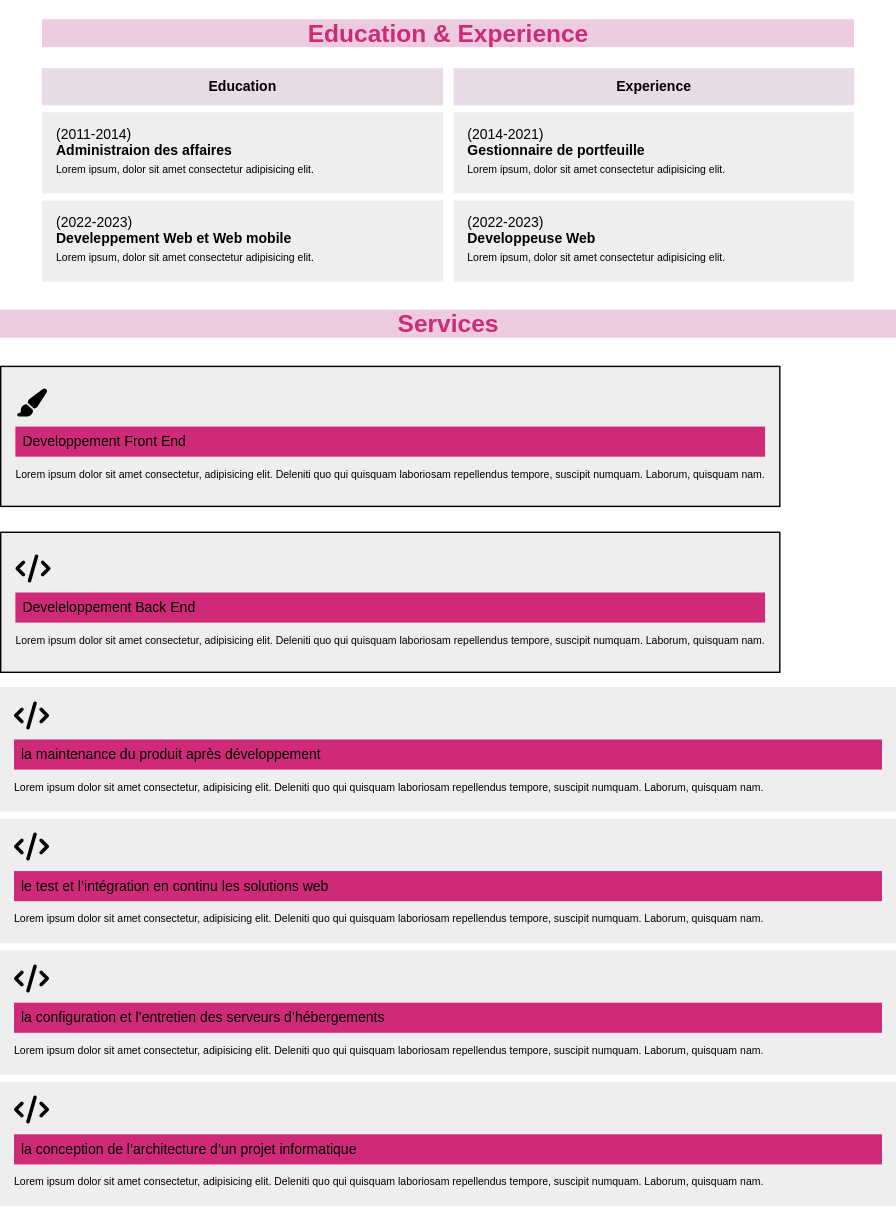
Repository: haifabilel/portfolio_project
Page: http://localhost/
An editor plug-in stored every save of this project. The page is shown before and after the next save, followed by the edit.
The browser window is 1280 px wide. The pictures show the part of the page from y = 1278 to 3198 px (the page is 3012 px tall before and 3198 px after), at 70% of full size.
Some web fonts or font styles are not loaded; a fallback is used. The page is run by PHP 8.4 with error messages shown; the project is at /var/www/html/.

Above is the page before, as saved 2023-09-16 22:42:39.

After the next save:
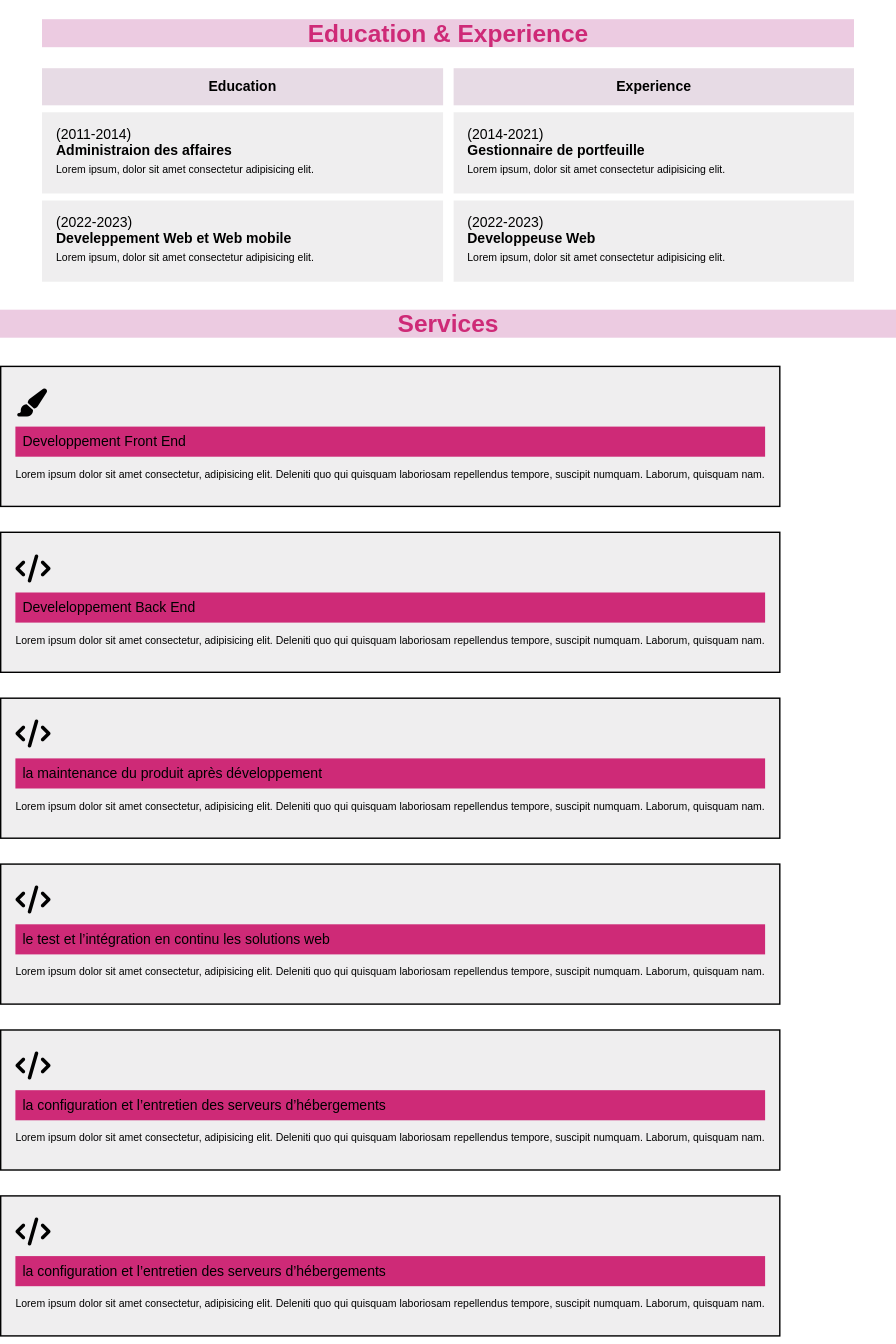
Saved 26 s later.
--- a/index.php
+++ b/index.php
@@ -110,8 +110,7 @@
 <!-- about Section Ends -->
 <!-- Services Section starts -->
 <div class="services" id="services">
-<h2 class="myservices">Services</h2>
-<div class="row">
+<h2 class="myservice">Services</h2>
 <div class="box-container">
     <div class="box">
         <i class="fas fa-paint-brush"></i>
@@ -127,8 +126,7 @@
         <p>Lorem ipsum dolor sit amet consectetur, adipisicing elit. Deleniti quo qui quisquam laboriosam repellendus tempore,
             suscipit numquam. Laborum, quisquam nam.</p>
     </div>
-    </div>
-<div class="row">
+
     <div class="box">
         <i class="fas fa-code"></i>
         <h3>la maintenance du produit après développement</h3>
@@ -141,8 +139,6 @@
         <p>Lorem ipsum dolor sit amet consectetur, adipisicing elit. Deleniti quo qui quisquam laboriosam repellendus tempore,
             suscipit numquam. Laborum, quisquam nam.</p>
     </div>
-    </div>
-    <div class="row">
     <div class="box">
         <i class="fas fa-code"></i>
         <h3>la configuration et l’entretien des serveurs d’hébergements</h3>
@@ -151,10 +147,9 @@
     </div>
     <div class="box">
         <i class="fas fa-code"></i>
-        <h3>la conception de l’architecture d’un projet informatique</h3>
+        <h3>la configuration et l’entretien des serveurs d’hébergements</h3>
         <p>Lorem ipsum dolor sit amet consectetur, adipisicing elit. Deleniti quo qui quisquam laboriosam repellendus tempore,
             suscipit numquam. Laborum, quisquam nam.</p>
-    </div>
     </div>
 </div>
 
